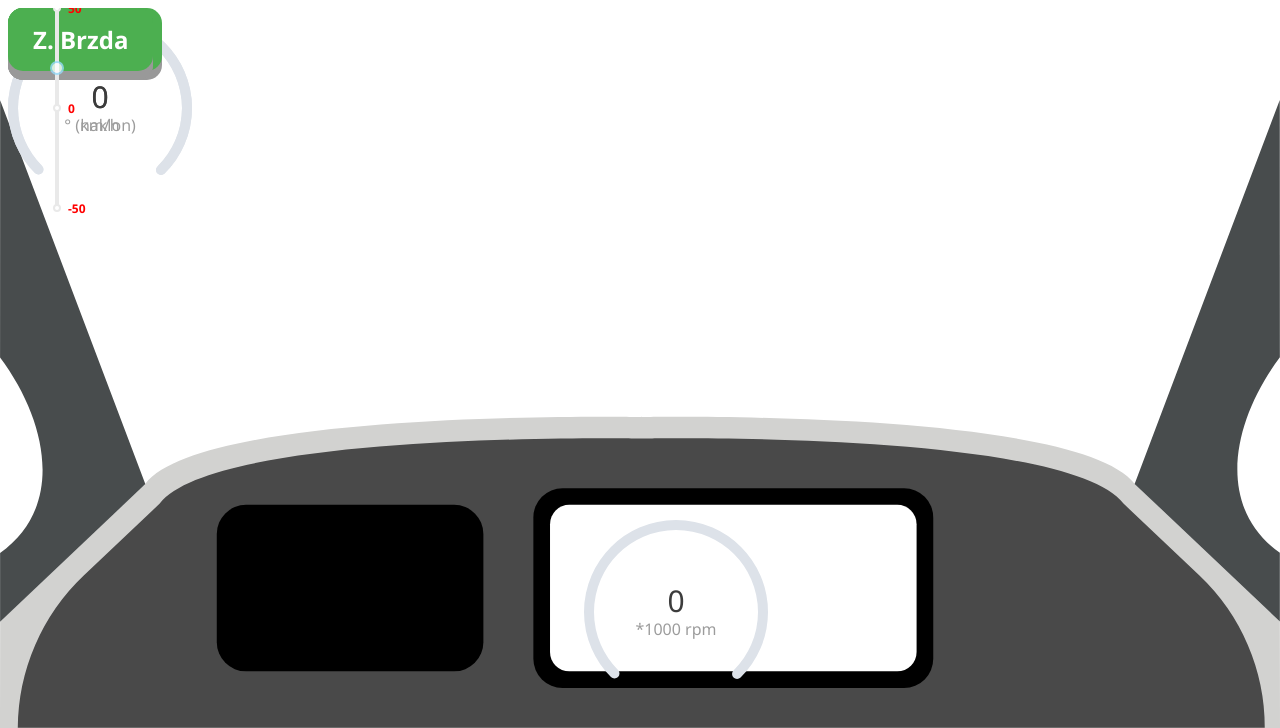
Repository: matyasvelc/train
Page: / (app in frontend/)
The author's editor kept a copy of each file at every save. The page is drawn from the files as they stood at one save, then again after the next save.
The browser window is 1280 px wide. The pictures show the whole page.
The page's requests for data from a server got no answer. The project was rebuilt for these pictures with package versions that can differ from the ones it lists, and the page was loaded fresh each time. No one was signed in, and anything a server would have sent is missing.

Above is the page before, as saved 2022-04-04 16:45:06.

### frontend/src/index.js
import React, { useEffect } from 'react'
import ReactDOM from 'react-dom'
import Progress from './lib/progress'
import './styles.css'
import Slider, { Range } from 'rc-slider';
import 'rc-slider/assets/index.css';

async function postData(url = '', data = {}) {
  // Default options are marked with *
  const response = await fetch(url, {
    method: 'POST', // *GET, POST, PUT, DELETE, etc.
    cache: 'no-cache', // *default, no-cache, reload, force-cache, only-if-cached
    headers: {
      'Content-Type': 'application/json'
    },
    redirect: 'follow', // manual, *follow, error
    referrerPolicy: 'no-referrer', // no-referrer, *no-referrer-when-downgrade, origin, origin-when-cross-origin, same-origin, strict-origin, strict-origin-when-cross-origin, unsafe-url
    body: JSON.stringify(data) // body data type must match "Content-Type" header
  });
  return response.json(); // parses JSON response into native JavaScript objects
}

const style = { float: 'left', width: 160, height: 200, marginBottom: 160, marginLeft: 50 };
const parentStyle = { overflow: 'hidden' };

const marks = {
  '-50': {
    style: {
      color: 'red',
    },
    label: <strong>-50</strong>,
  },
  0: {
    style: {
      color: 'red',
    },
    label: <strong>0</strong>,
  },
  50: {
    style: {
      color: 'red',
    },
    label: <strong>50</strong>,
  },
};

function App() {
  const [temp, setTemp] = React.useState()
  const [rpm, setRpm] = React.useState()
  const [speed, setSpeed] = React.useState()
  const [svetlo, setSvetlo] = React.useState()
  const [rychlost, setRychlost] = React.useState()

  useEffect(() => {
    const timer = setInterval(() => {
      fetch('http://127.0.0.1:5000/getSpeed')
        .then(res => {
          return res.json();
        })
        .then(data => {
          setSpeed(data.speed);
        });
    }, 1000);

    return () => clearInterval(timer);
  }, []);

  useEffect(() => {
    const timer = setInterval(() => {
      fetch('http://127.0.0.1:5000/getAngle')
        .then(res => {
          return res.json();
        })
        .then(data => {
          setTemp(data.angle);
        });
    }, 1000);

    return () => clearInterval(timer);
  }, []);

  useEffect(() => {
    const timer = setInterval(() => {
      fetch('http://127.0.0.1:5000/getRpm')
        .then(res => {
          return res.json();
        })
        .then(data => {
          setRpm(data.engine_speed);
        });
      }, 1000);

      return () => clearInterval(timer);
  }, []);

  function Svetlo() {
    console.log(svetlo);
    setSvetlo(!svetlo);
    postData('http://127.0.0.1:5000/setLightStatus', {"lights": !svetlo})
  }

  function Rychlost(value) {
    console.log(value);
    setRychlost(value);
    postData('http://127.0.0.1:5000/setSpeed', {"speed": value})
  }

  return (
    <div className="demo">
      <div className='vlak'>
      <div className='budik1'>
      <Progress
        progress={rpm}
        max={4}
        subtitle="*1000 rpm"
        reduction={0.25}
        hideBall
        strokeWidth={10}
        gradient={[{stop: 0.0, color: '#f6416d'}, {stop: 1, color: '#fa6d7c'}]} />
      </div>
      <div className='budik2'>
      <Progress
        progress={speed}
        max={100}
        subtitle="km/h"
        reduction={0.25}
        hideBall
        strokeWidth={10} />
      </div>
      <div className='budik3'>
      <Progress
        progress={temp}
        min={-45}
        max={45}
        subtitle="° (naklon)"
        strokeWidth={10}
        reduction={0.25}
        hideBall
        gradient={[{stop: 0.0, color: '#f6416d'}, {stop: 1, color: '#fa6d7c'}]} />
      </div>
        </div>
        <input id='svetla' class="svetla" onClick={Svetlo} checked={svetlo} type='checkbox'></input>
        <label class="button a" htmlFor='svetla'>Světla</label>
        <button class="button b" >Katapult</button>
        <button class="button c" >Klakson</button>
        <button class="button d" >Z. Brzda</button>
        <div style={parentStyle}>
          <div style={style}>
            <Slider vertical min={-50} max={50} step={2} marks={marks} included={false} onAfterChange={Rychlost} defaultValue={20}/>
          </div>
        </div>
        </div>
  )
}

ReactDOM.render(<App />, document.getElementById('root'))

### frontend/src/styles.css
body {
  background: none;
  font-family: 'Segoe UI', Tahoma, Geneva, Verdana, sans-serif;
  caret-color: transparent;
  user-select: none;
  overflow: hidden;
  padding: 0;
  left: 0;
  width: 100%;
  height: 100%;
}

.demo > div {
  width: 100%;
  height: 100%;
  position: absolute;
  left: 0;
  display: inline-block;
}
.vlak {
  background-image:url(./train.svg);
  background-repeat: no-repeat;
  background-size: 100%;
  width: 100%;
  height: 100%;
  overflow: hidden;
  background-position: bottom;
  position: absolute;
  display: inline-block;
}
.budik1{
  position: absolute;
  top: 70%;
  left: 45%;
}
.budik2{
  position: absolute;
  top: ;
  left: ;
}
.budik3{
  position: absolute;
  top: ;
  left: ;
}
.button {
  font-family: 'Segoe UI', Tahoma, Geneva, Verdana, sans-serif;
  display: inline-block;
  padding: 15px 25px;
  font-size: 24px;
  cursor: pointer;
  text-align: center;
  text-decoration: none;
  outline: none;
  color: #fff;
  background-color: #4CAF50;
  border: none;
  border-radius: 15px;
  box-shadow: 0 9px #999;
  caret-color: transparent;
  user-select: none;
  font-weight:600;
  position: absolute;
}
.button:active {
  background-color: #3e8e41;
  box-shadow: 0 5px #666;
  transform: translateY(4px);
}
.a{
  position: absolute;
  top: ;
  left: ;
}
.b{
  position: absolute;
  top: ;
  left: ;
}
.c{
  position: absolute;
  top: ;
  left: ;
}
.d{
  position: absolute;
  top: ;
  left: ;
}
.svetla{
  display: none;
  caret-color: transparent;
  user-select: none;
  position: absolute;
}
.svetla:checked + .button{
  background-color: #3e8e41;
  box-shadow: 0 5px #666;
  transform: translateY(4px);
}
.rychlost{
  user-select:all;
  position: absolute;
  top: ;
  left: ;
}

### frontend/src/lib/progress.module.css
.progress {
  font-family: 'Segoe UI', Tahoma, Geneva, Verdana, sans-serif;
  width: 200px;
}

.svg {
  display: block;
  width: 100%;
}

Loaded but not shown: frontend/public/index.html (common file); frontend/src/lib/progress.js (library)

After the next save:
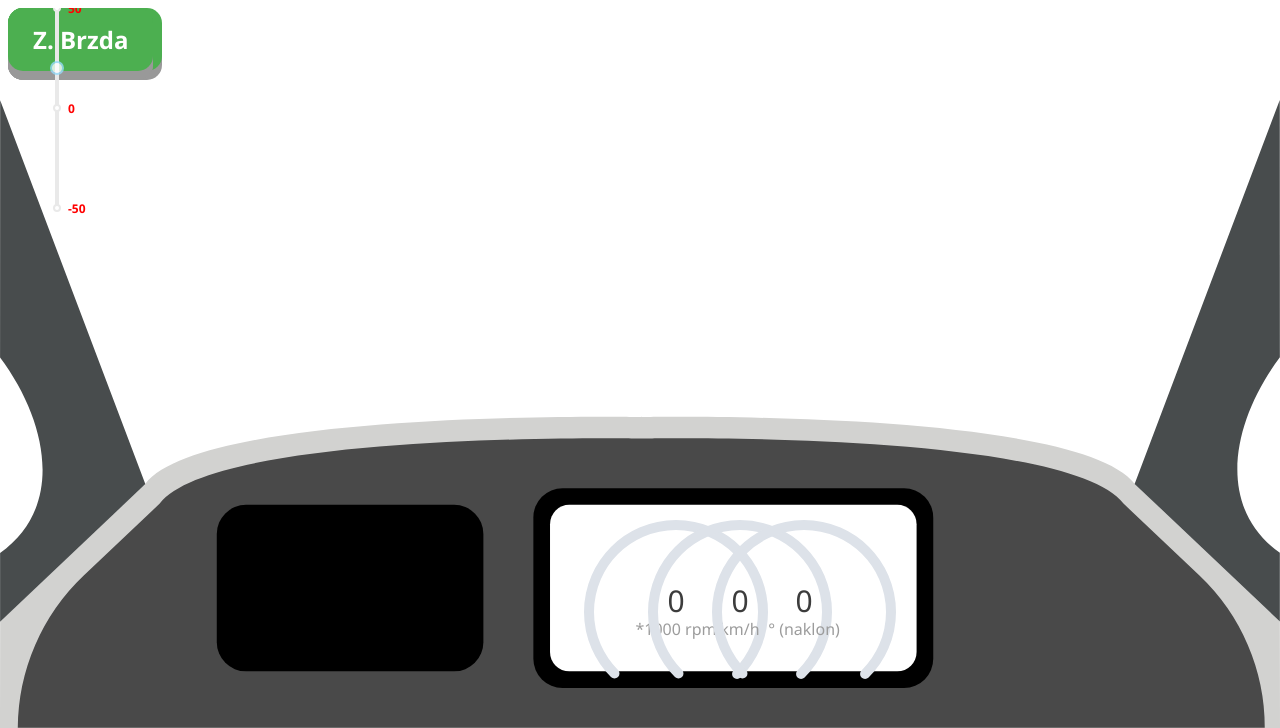
Saved 32 s later.
--- a/frontend/src/styles.css
+++ b/frontend/src/styles.css
@@ -35,13 +35,13 @@ body {
 }
 .budik2{
   position: absolute;
-  top: ;
-  left: ;
+  top: 70%;
+  left: 50%;
 }
 .budik3{
   position: absolute;
-  top: ;
-  left: ;
+  top: 70%;
+  left: 55%;
 }
 .button {
   font-family: 'Segoe UI', Tahoma, Geneva, Verdana, sans-serif;
